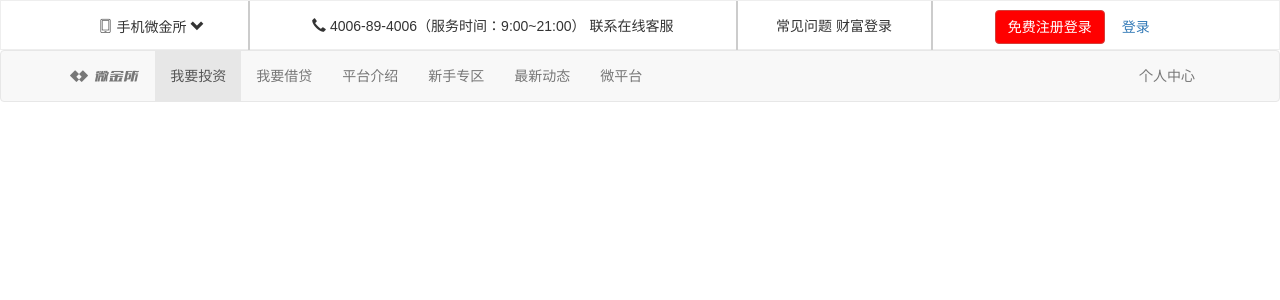
Repository: pwy114pwy/project_02
Page: 菜单.html
The author's editor kept a copy of each file at every save. The page is drawn from the files as they stood at one save, then again after a run of saves.
The browser window is 1280 px wide. The pictures show the whole page.
The style sheet was rebuilt from its Sass, Less or Tailwind sources for each picture, by a compiler version that may differ from the author's.

Above is the page before, as saved 2022-11-22 22:13:05.

### 菜单.html
<!DOCTYPE html>
<html lang="en">

<head>
    <!-- 页面的编码格式 -->
    <meta charset="UTF-8">
    <!-- 为了使IE浏览器以最新浏览器edge来渲染页面 -->
    <meta http-equiv="X-UA-Compatible" content="IE=edge">
    <!-- 视口vp，针对于移动端 -->
    <meta name="viewport" content="width=device-width, initial-scale=1.0">
    <!-- 引入Bootstrap框架的CSS样式 -->
    <link rel="stylesheet" href="./lib/bootstrap/css/bootstrap.css">
    <link rel="stylesheet" href="./css/base.css">
    <link rel="stylesheet" href="./css/01.css">
    <title>Document</title>
</head>

<body>
    <header class="wjs-top hidden-xs hidden-sm">
        <div class="container">
            <div class="row">
                <div class="col-md-2">
                    <a href="">
                        <span class="wjs_icon wjs_icon_phone"></span>
                        <span>手机微金所</span>
                        <span class="glyphicon glyphicon-chevron-down"></span>
                        <img src="./images/code.jpg" alt="">
                    </a>
                </div>
                <div class="col-md-5">
                    <span class="glyphicon glyphicon-earphone"></span>
                    <span>4006-89-4006（服务时间：9:00~21:00） 联系在线客服</span>
                </div>
                <div class="col-md-2">
                    <a href="">常见问题</a>
                    <a href="">财富登录</a>
                </div>
                <div class="col-md-3">
                    <button type="button" class="btn btn-danger">免费注册登录</button>


                    <button type="button" class="btn btn-link">登录</button>
                </div>
            </div>
        </div>
    </header>


    <nav class="navbar navbar-default wjs-navbar">
        <div class="container">
            <!-- Brand and toggle get grouped for better mobile display -->
            <div class="navbar-header">
                <button type="button" class="navbar-toggle collapsed" data-toggle="collapse"
                    data-target="#bs-example-navbar-collapse-1" aria-expanded="false">
                    <span class="sr-only">Toggle navigation</span>
                    <span class="icon-bar"></span>
                    <span class="icon-bar"></span>
                    <span class="icon-bar"></span>
                </button>
                <a class="navbar-brand" href="#">
                    <span class="wjs_icon wjs_icon_logo"></span>
                    <span class="wjs_icon wjs_icon_text"></span>
                </a>
            </div>

            <!-- Collect the nav links, forms, and other content for toggling -->
            <div class="collapse navbar-collapse" id="bs-example-navbar-collapse-1">
                <ul class="nav navbar-nav wjs-navbar-nav">
                    <li class="active"><a href="#">我要投资 <span class="sr-only">(current)</span></a></li>
                    <li><a href="#">我要借贷</a></li>
                    <li><a href="#">平台介绍</a></li>
                    <li><a href="#">新手专区</a></li>
                    <li><a href="#">最新动态</a></li>
                    <li><a href="#">微平台</a></li>

                </ul>

                <ul class="nav navbar-nav navbar-right">
                    <li><a href="#">个人中心</a></li>

                </ul>
            </div><!-- /.navbar-collapse -->
        </div><!-- /.container-fluid -->
    </nav>

    <div class="baozhang">

    </div>

    <script src="./lib/jquery/jquery.js"></script>
    <script src="./lib/bootstrap/js/bootstrap.js"></script>
</body>

</html>

### css/base.css
/*公共css样式*/
body{
    font-family: "Microsoft YaHei",sans-serif;
    font-size: 14px;
    color: #333;
}
a{
    text-decoration: none;
    color: #333;
}
a:hover{
    text-decoration: none;
    color: #333;
}
/*左边距*/
.m_l10{
    margin-left: 10px;
}
/*右边距*/
.m_r10{
    margin-right: 10px;
}
/*自定义字体*/
@font-face {
    font-family: 'wjs';
    src: url('../fonts/MiFie-Web-Font.eot'); /* IE9*/
    src: url('../fonts/MiFie-Web-Font.eot') format('embedded-opentype'), /* IE6-IE8 */
    url('../fonts/MiFie-Web-Font.woff') format('woff'), /* chrome、firefox */
    url('../fonts/MiFie-Web-Font.ttf') format('truetype'), /* chrome、firefox、opera、Safari, Android, iOS 4.2+*/
    url('../fonts/MiFie-Web-Font.svg') format('svg'); /* iOS 4.1- */
}
/*自定义字体使用样式*/
.wjs_icon{
    font-family: wjs;
}

/*手机图标对应的编码*/
.wjs_icon_phone::before{
    content: "\e908";
}
/*电话图标对应的编码*/
.wjs_icon_tel::before{
    content: "\e909";
    font-size: 14px;
}
/*wjs logo*/
.wjs_icon_logo::before{
    content: "\e920";
}
/*wjs 文本*/
.wjs_icon_text::before{
    content: "\e93e";
}
.wjs_icon_new01::before{
    content: "\e90e";
}
.wjs_icon_new02::before{
    content: "\e90f";
}
.wjs_icon_new03::before{
    content: "\e910";
}
.wjs_icon_new04::before{
    content: "\e911";
}
.wjs_icon_partner01::before{
    content:"\e946";
}
.wjs_icon_partner02::before{
    content: "\e92f";
}
.wjs_icon_partner03::before{
    content: "\e92e";
}
.wjs_icon_partner04::before{
    content: "\e92a";
}
.wjs_icon_partner05::before{
    content: "\e929";
}
.wjs_icon_partner06::before{
    content: "\e931";
}
.wjs_icon_partner07::before{
    content: "\e92c";
}
.wjs_icon_partner08::before{
    content: "\e92b";
}
.wjs_icon_partner09::before{
    content: "\e92d";
}
.wjs_iconn_E903::before{
    content: "\e903";
}
/* 闹钟 图标 */
.wjs_icon_E906::before{
    content: "\e906";
}
/* 摄像机 图标 */
.wjs_icon_E905::before{
    content: "\e905";
}
.wjs_icon_E907::before{
    content: "\e907";
}
.wjs_icon_E901::before{
    content: "\e901";
}
/* 支持交易保障 图片 */
.wjs_icon_E900::before{
    content: "\e900";
}
.wjs_icon_E904::before{
    content: "\e904";
}

.wjs_icon_E902::before{
    content: "\e902";
}

### css/01.less
.wjs-top {
    line-height: 50px;
    height: 50px;
    border: 1px solid #eee;

    .row {
        >div {
            text-align: center;
            height: 50px;

            &:nth-child(-n+3) {
                border-right: 2px solid #ccc;
            }

            a {
                position: relative;
                display: block;

                &:hover {
                    img {
                        z-index: 999;
                        display: block;
                    }
                }

                img {
                    display: none;
                    position: absolute;
                    top: 50px;
                    left: 26px;
                    border: 1px solid #ccc;
                    border-top: 0;
                }

            }

            &:nth-child(3) {
                a {
                    display: inline;
                }
            }

            &:nth-child(4) {
                button {
                    &:nth-child(1) {
                        background-color: red;
                    }
                }
            }

        }

    }

    .wjs-navbar {
        .wjs-navbar-nav {
            a {
                height: 80px;
                line-height: 50px;
                font-size: 16px;

                &:hover {
                    border-bottom: 3px solid red;
                }
            }

            .active {
                a {
                    border-bottom: 3px solid red;
                    background-color: transparent;

                    &:hover {
                        background-color: transparent;

                    }
                }
            }
        }

        .navbar-header {
            button {
                margin-top: 24px;
            }
        }

        .navbar-right {
            li {
                a {
                    height: 80px;
                    line-height: 50px;
                    font-size: 16px;

                    &:hover {
                        border-bottom: 3px solid red;
                    }
                }
            }
        }

        .navbar-brand {
            span {
                height: 80px;
                line-height: 50px;
                font-size: 40px;

                &:nth-child(1) {
                    color: red;
                }

                &:nth-child(2) {
                    color: black;
                }
            }
        }
    }
}

.baozhang{

}

Loaded but not shown: lib/bootstrap/css/bootstrap.css (library); lib/jquery/jquery.js (library); lib/bootstrap/js/bootstrap.js (library)

After the next 4 saves:
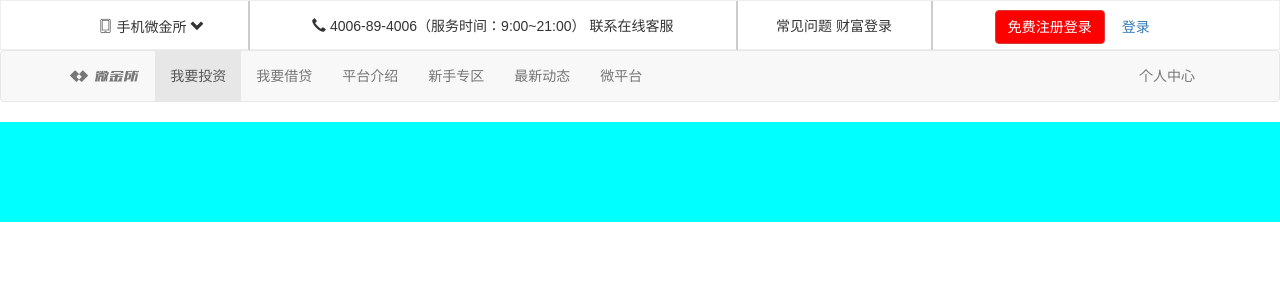
The 4 saves are shown as one change because they came seconds apart.
The last was saved 2 min 56 s later.
--- a/css/01.less
+++ b/css/01.less
@@ -116,5 +116,6 @@
 }
 
 .baozhang{
-
+    height: 100px;
+    background-color: aqua;
 }
